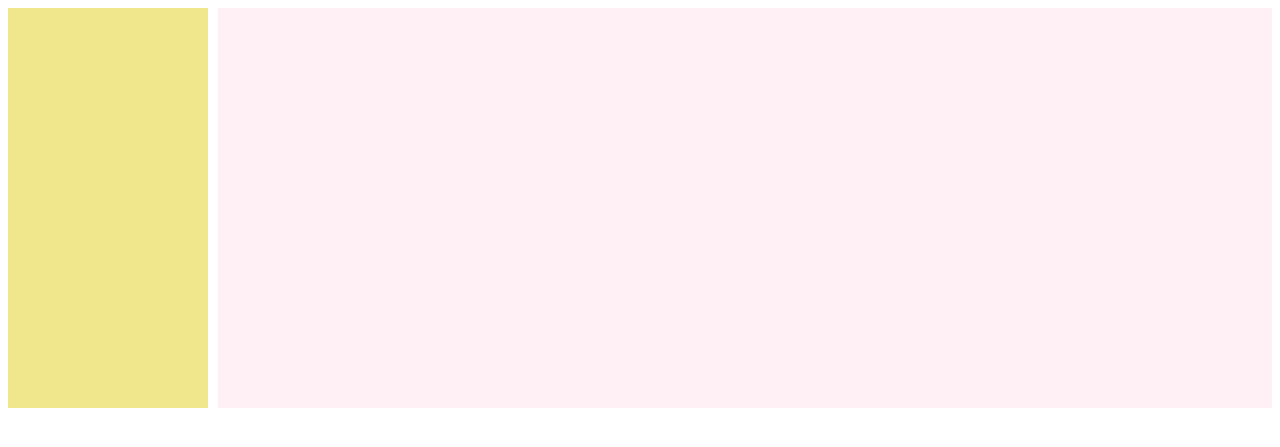
Repository: xzm1997/huntjob
Page: 面试/常见问题/practice/practice_2.html
These files come from the project's save history. The page is drawn as it stood at one moment and after the next save; the edit follows.
The browser window is 1280 px wide. The pictures show the whole page.

Above is the page before, as saved 2022-06-13 21:54:35.

After the next save:
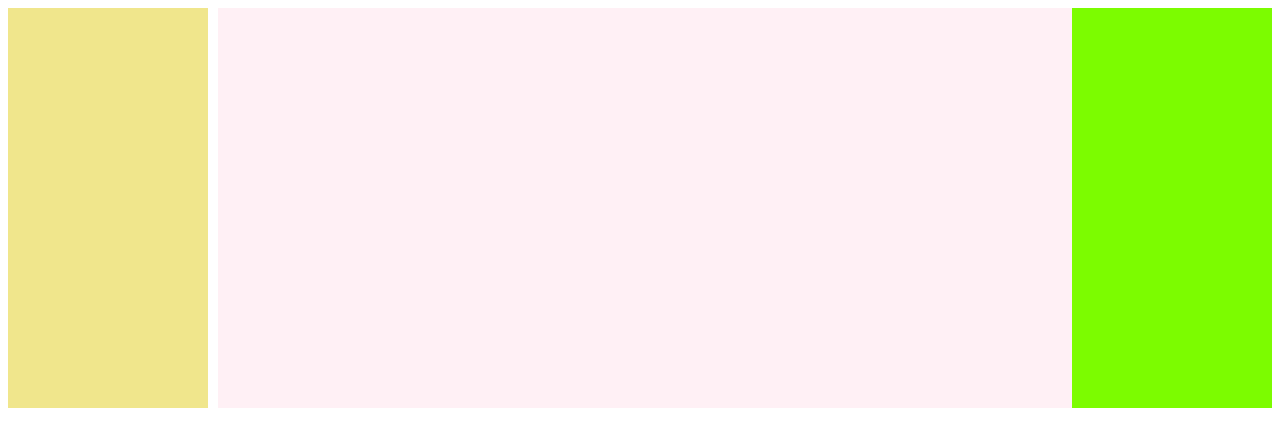
Saved 21 s later.
--- a/面试/常见问题/practice/practice_2.html
+++ b/面试/常见问题/practice/practice_2.html
@@ -21,7 +21,8 @@
             margin-right: 10px;
         }
         .right {
-
+            flex: 0 1 200px;
+            background: lawngreen;
         }
     </style>
 </head>
